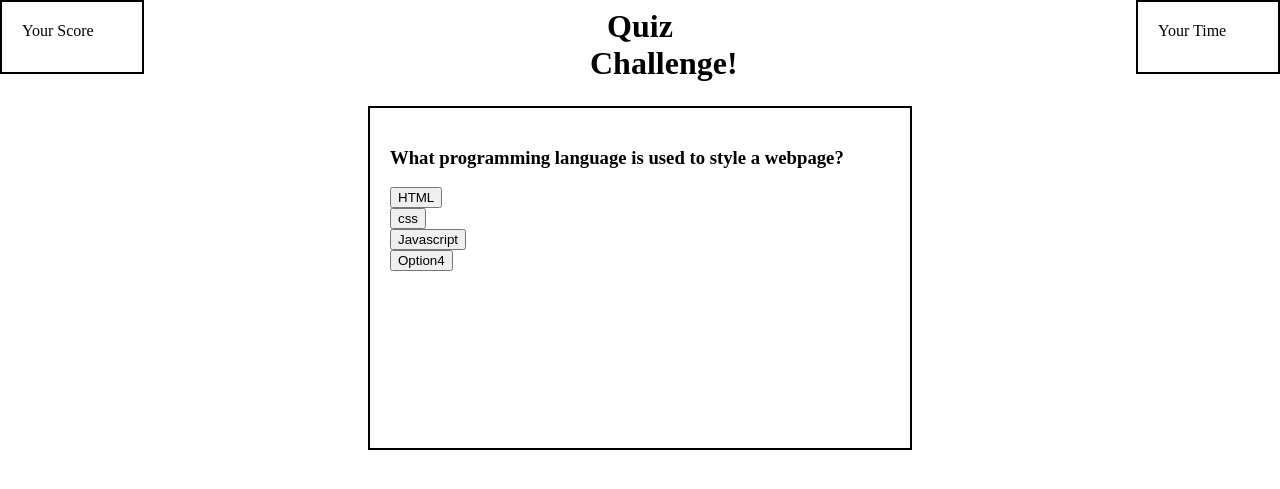
Repository: s88leigh/Quiz-Challenge
Page: index.html
The author's editor kept a copy of each file at every save. The page is drawn from the files as they stood at one save, then again after the next save.
The browser window is 1280 px wide. The pictures show the whole page.

Above is the page before, as saved 2019-10-19 20:33:45.

After the next save:
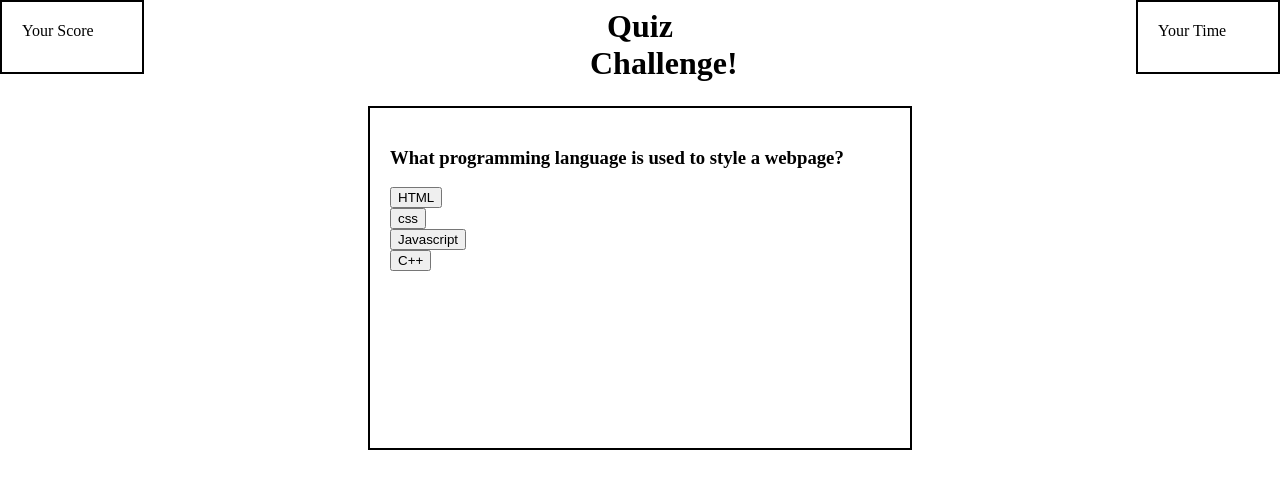
Saved 6 s later.
--- a/script.js
+++ b/script.js
@@ -8,7 +8,7 @@ var answersDiv = document.getElementById("answers");
 var questions = [
     {
         questionText: "What programming language is used to style a webpage?",
-        choices: ["HTML", "css", "Javascript", "Option4"],
+        choices: ["HTML", "css", "Javascript", "C++"],
         answer: "css"
     },
     {
